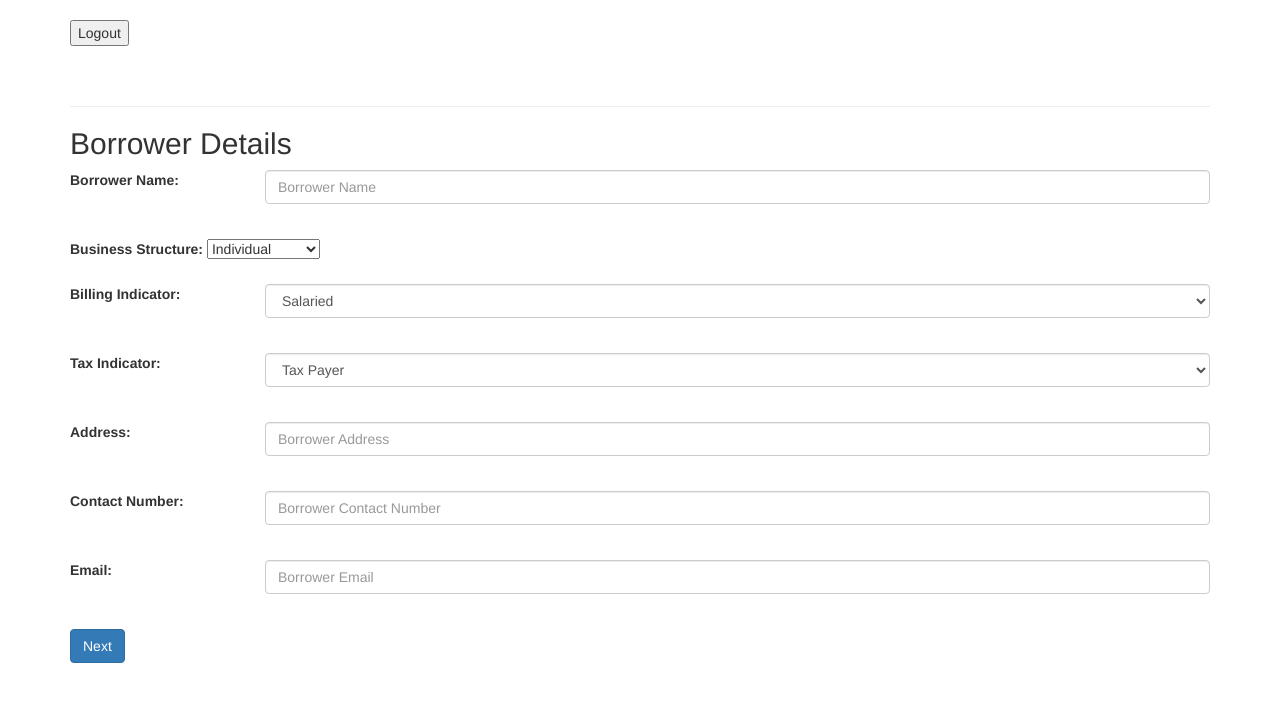
Repository: Bayvao/E-Loan-Project
Page: http://localhost/E-Loan-Project/WEB-INF/views/borrower-details-form.jsp
These files come from the project's save history. The page is drawn as it stood at one moment and after the next save; the edit follows.
The browser window is 1280 px wide. The pictures show the whole page.
The page is served by Tomcat 9. Nobody is signed in. The template is opened directly, without the code that normally fills it, so the values that code supplies are empty.

Above is the page before, as saved 2020-07-20 12:47:46.

After the next save:
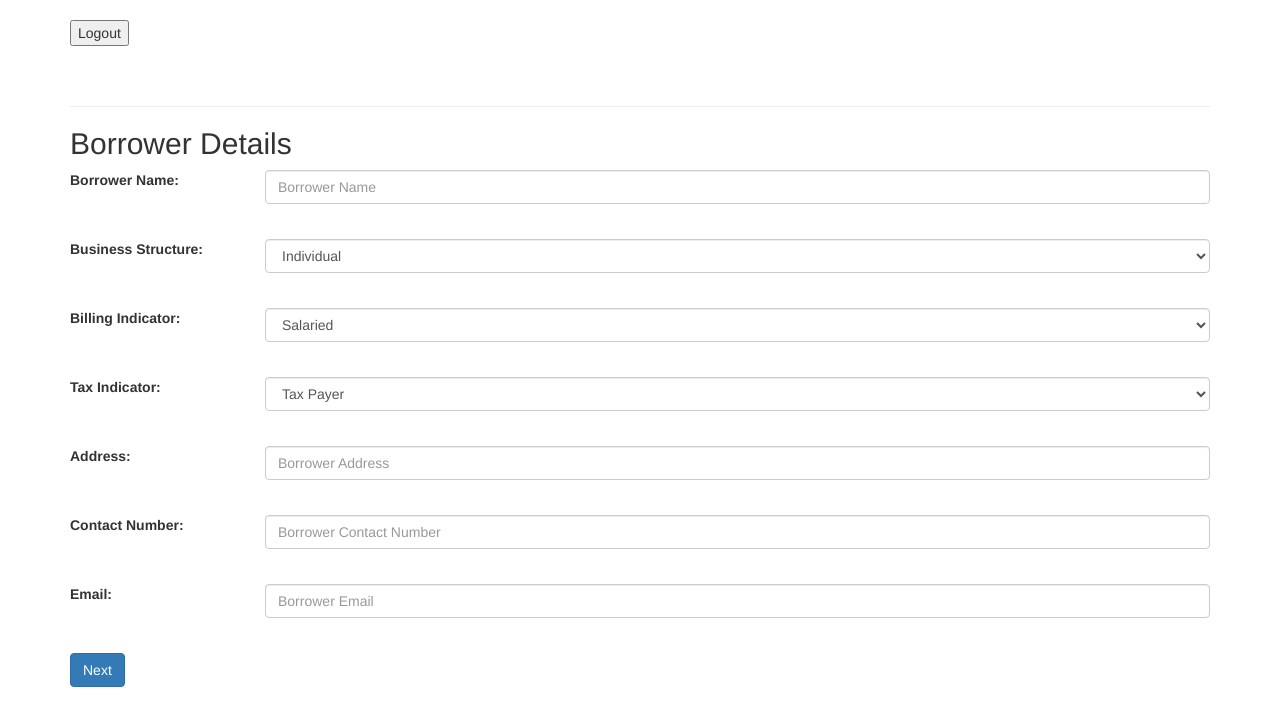
Saved 69 s later.
--- a/E-Loan-Project/src/main/webapp/WEB-INF/views/borrower-details-form.jsp
+++ b/E-Loan-Project/src/main/webapp/WEB-INF/views/borrower-details-form.jsp
@@ -60,10 +60,10 @@
 				</div>
 			</div>
 			<br>
-			<div class="form-row align-items-center">
-				<div class="col-auto my-1">
-				<label class="mr-sm-2">Business Structure: </label>
-					<form:select path="bStructure" class="custom-select mr-sm-2">
+			<div class="form-group row">
+				<label class="col-sm-2 col-form-label">Business Structure: </label>
+				<div class="col-sm-10">
+					<form:select path="bStructure" class="form-control">
 						<form:option value="Individual">Individual</form:option>
 						<form:option value="Organizational">Organizational</form:option>
 
